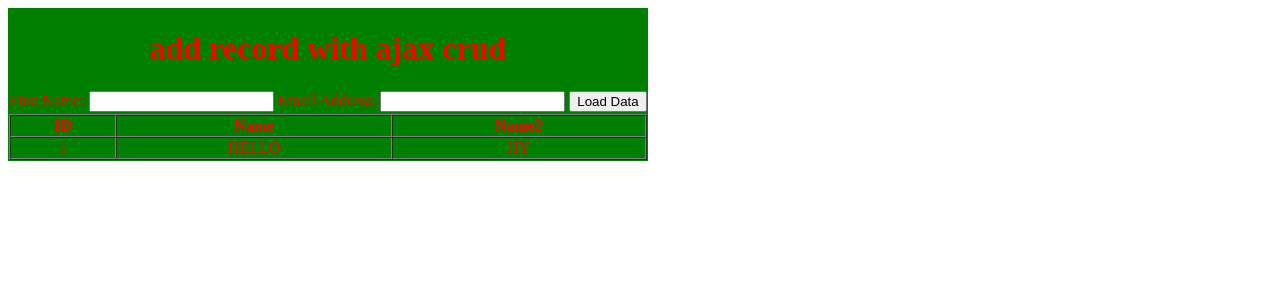
Repository: Tauqeer124/newrepo
Page: http://localhost/insertdata.php
These files come from the project's save history. The page is drawn as it stood at one moment and after a run of saves; the edit follows.
The browser window is 1280 px wide. The pictures show the whole page.
The page is run by PHP 8.4 with error messages shown; the project is at /var/www/html/.

Above is the page before, as saved 2023-04-28 12:20:43.
Console error: ReferenceError: $ is not defined

### insertdata.php
<!DOCTYPE html>
<html lang="en">
    <head>
        <title> ajax example</title>
        <style>
            #main{
                text-align: center;
                color: red;
                background-color: green;
            }
        </style>
    </head>
    <body>
        <table id="main" border="0" cellspacing="0">
            <tr >
                <td id="header">
                    <h1>add record with ajax crud</h1>
                </td>
            </tr>
            <tr>
                <td id="table-form">
                    First Name: <input type="text" id="name">
                    Email Address: <input type="text" id="email">
                    <input type="button" id="load-button" value="Load Data" >
                </td>
            </tr>
            <tr>
                <td id="table-data">
                    <table border="1" cellspacing="0" cellpading="10px" width="100%" >
                        <tr>
                            <th>ID</th>
                            <th>Name</th>
                            <th>Name2</th>
                        </tr>
                        <tr>
                            <td align="center">1</td>
                            <td align="center">HELLO</td>
                            <td align="center">HY</td>
                        </tr>

                    </table>
                </td>
            </tr>
        </table>
        <script type="text/javascript" src="js/jquery.js"></script>
        <script type="text/javascript">
            $(document).ready(function(){
                $("#load-button").on("click",function(e){
                    $.ajax({
                        url: "ajaxlaod.php",
                        type:"post",
                        success: function(data){
                            $("#table-data").html(data);
                        }

                    });
                });
            });
        </script>
    </body>

</html>

Loaded but not shown: js/jquery.js (no copy from this time; the picture is the same without it)

After the next 3 saves:
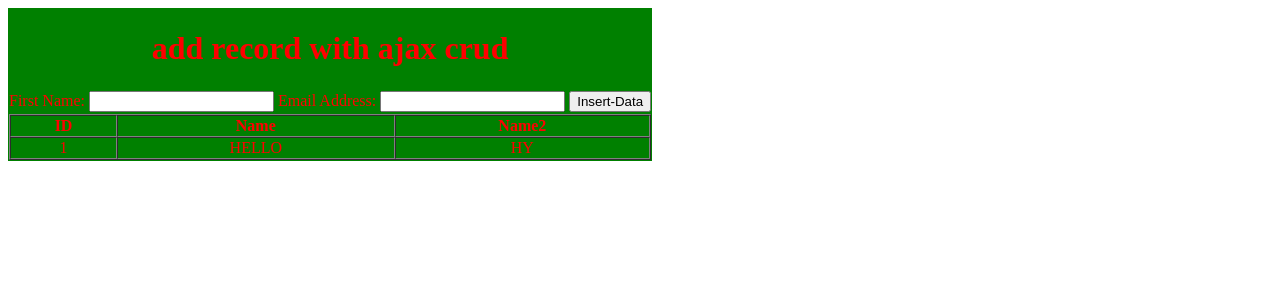
The 3 saves are shown as one change because they came seconds apart.
The last was saved 18 s later.
--- a/insertdata.php
+++ b/insertdata.php
@@ -21,7 +21,7 @@
                 <td id="table-form">
                     First Name: <input type="text" id="name">
                     Email Address: <input type="text" id="email">
-                    <input type="button" id="load-button" value="Load Data" >
+                    <input type="button" id="load-button" value="Insert-Data" >
                 </td>
             </tr>
             <tr>
